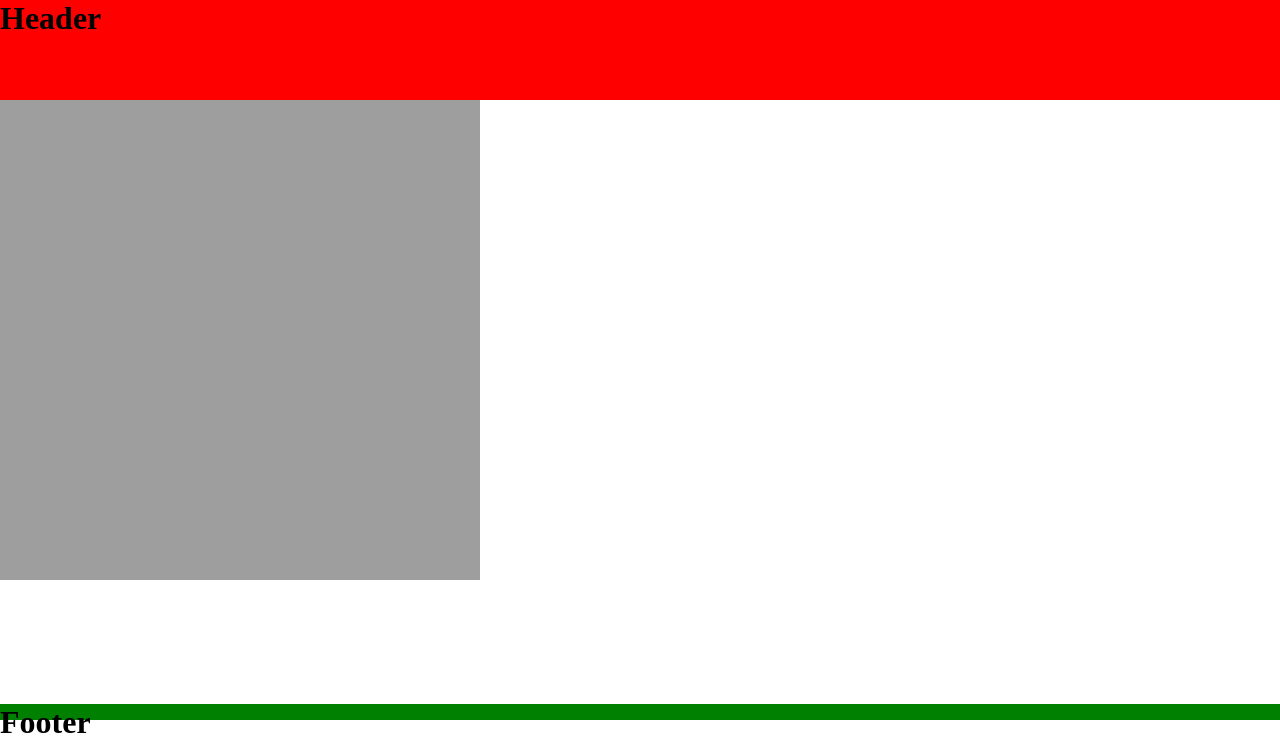
Repository: jameswilky/chess
Page: index.html
An editor plug-in stored every save of this project. The page is shown before and after the next save, followed by the edit.
The browser window is 1280 px wide. The pictures show the whole page.

Above is the page before, as saved 2018-11-21 20:35:53.

### index.html
<!DOCTYPE html>
<html>

<head>
    <meta charset="utf-8" />
    <title>Chess</title>
    <link href="style.css" rel="stylesheet">
</head>

<body>

    <div class="wrapper">
        <header>
            <h1>Header</h1>

        </header>
    </div>
    <div class="game">
        <canvas id="board"></canvas>
        <canvas id="markers"></canvas>
        <canvas id="chessmen_layer"></canvas>
    </div>
    <footer>
        <h1>Footer</h1>
    </footer>
    </div>





</body>

<script src="board.js"></script>
<script src="chessmen.js"></script>
<script src="mouse.js"></script>
<script src="game.js"></script>

</html>

### style.css
* {
  padding: 0;
  margin: 0;
}

.game{
  position: absolute;
  height: 480px;
  width: 480px;
  grid-area: game;
  top:100px;
  bottom:100px;
  overflow: hidden;
}

#board {
  left : 0; z-index:0; position: absolute;
}

#markers {
  left : 0; z-index:0; position: absolute;
}

#chessmen_layer {
 left : 0; z-index:1; position: absolute;
}

header{
  position: absolute;
  background-color: red;
  top:0;
  right: 0;
  left: 0;
  height: 100px;
}

footer{
  position: absolute;
  right: 0;
  left: 0;
  background-color: green;
  height: 1em;
  bottom: 0;
}

### board.js
//Define globals
const WIDTH = 480;
const HEIGHT = 480;
const N = 8;
const TILE_SIZE = HEIGHT / N; // 60

//Define board canvas
const board = document.getElementById("board");
const board_ctx = board.getContext("2d");
board.height = HEIGHT;
board.width = WIDTH;
let primary_color = "#a87e2b";
let secondary_color = "#ffdf9e";

//Define marker layer
const markers = document.getElementById("markers");
const markers_ctx = markers.getContext("2d");
markers.height = HEIGHT;
markers.width = WIDTH;

//Define chessmen layer
const chessmen_layer = document.getElementById("chessmen_layer");
const chessmen_ctx = chessmen_layer.getContext("2d");
chessmen_layer.height = HEIGHT;
chessmen_layer.width = WIDTH;

//Used for drawing
function drawRect(ctx, x, y, color) {
  ctx.beginPath();
  ctx.rect(x, y, TILE_SIZE, TILE_SIZE);
  ctx.fillStyle = color;
  ctx.fill();
  ctx.closePath();
}

function initialize_board() {
  // Initialize graphical and logical board
  let i, j, x, y = 0;
  let prev_color;
  for (i = 0; i < N; i++) {
    y = TILE_SIZE * i;
    if (i % 2 == 0) { //If even, start with a black grid
      prev_color = secondary_color;
    }
    else { //If odd, start with a #ffcf7c grid
      prev_color = primary_color;
    }
    for (j = 0; j < N; j++) {
      x = TILE_SIZE * j;

      if (prev_color == primary_color) { //If last block black, make this block #ffcf7c
        prev_color = secondary_color;
      }
      else if (prev_color == secondary_color) { //If last block #ffcf7c, make this block black
        prev_color = primary_color;
      }
      drawRect(board_ctx, x, y, prev_color);

    }
  }
}

### chessmen.js
let chessmen = []; // Hold living chest piece objects

// Populate list of current chess pieces
function init_chessmen(items) {
  for (let id = 0; id < items.length; id++) {
    chessmen[id] = new Chessman(id, items[id].type, items[id].row, items[id].col, items[id].faction);
    chessmen[id].render(chessmen_ctx);
  }
}

//Chest piece constructor
function Chessman(id, type, row, col, faction) {
  this.name = type + "_" + faction + "_" + id;
  this.id = id;
  this.type = type;
  this.position = {
    logical: { col: col, row: row },
    graphical: { //calculate position of chest piece
      x: (col * TILE_SIZE), y: (row * TILE_SIZE)
    }
  }
  this.faction = faction;
  this.sprite = "/images/" + type + "_" + faction + ".png";
  this.options = []; // holds objects containing possible locations to move
  this.render = function () {
    //Draws the chest piece
    let img = new Image();
    let x = this.position.graphical.x;
    let y = this.position.graphical.y;
    console.log(x, y)

    img.onload = function () {
      //Loads when img.src is called
      chessmen_ctx.beginPath();
      chessmen_ctx.drawImage(img, x, y);
      chessmen_ctx.closePath();
    }
    img.src = this.sprite;
  }
  this.derender = function () {
    chessmen_ctx.beginPath();
    chessmen_ctx.clearRect(this.position.graphical.x, this.position.graphical.y, TILE_SIZE, TILE_SIZE);
    chessmen_ctx.closePath();
  }
  this.calculate_movement_options = function () {
    //This function is used to determine the coordinates of each possible move for a selected tile
    this.options = []; //clear last options
    let j = 0;
    let i = 0; //used to iterate through list of options
    //console.log(type, faction, row, col)
    let r = this.position.logical.row;
    let c = this.position.logical.col;

    let options = this.options;

    function check_tile(row, col, diag, isPawn) {
      //diag is an optional variable for pawn sideways movement logic
      diag = diag || false;
      isPawn = isPawn || false;

      //Checks the status of the board to see if the chessman can move to selected tile

      let option = {}; //edited, used to hold {faction:faction}
      //Check tile does not exceed bounds of the board
      if (row > 7 || row < 0 || col > 7 || col < 0) {
        return false;
      }

      //Check if target tile contains a chessman of same faction
      let isFriendly = false;
      let isEnemy = false;

      chessmen.forEach(chessman => {
        if (chessman.position.logical.row == row && chessman.position.logical.col == col) { //Check if position is occupied
          if (chessman.faction == faction) {
            isFriendly = true;
          }
          else { //tile is occupied by enemy
            isEnemy = true;
          }
          option.contains = chessman;
        }
      })

      //pawn logic
      if (diag && isEnemy) {
        option.row = row;
        option.col = col;
        options[i] = option;
        i++;
      }
      if (diag && !isEnemy) {
        return
      }

      //if tile does not contain friendly chessmen, or if its an enemy create new option
      if (!isFriendly || isEnemy) {
        option.row = row;
        option.col = col;
        options[i] = option;
        i++;
      }
      return isFriendly || isEnemy;

    }

    if (this.type == "pawn") {
      if (this.faction == "black") {
        check_tile(r + 1, c);//south
        check_tile(r + 1, c + 1, true) // south East
        check_tile(r + 1, c - 1, true) //south West
        if (this.nMoves == 0) {
          check_tile(r + 2, c); //Extra move on first turn
        }
      }
      if (this.faction == "white") {
        check_tile(r - 1, c); //north
        check_tile(r - 1, c + 1, true) // North East
        check_tile(r - 1, c - 1, true) //North West
        if (this.nMoves == 0) {
          check_tile(r - 2, c); //Extra move on first turn
        }
      }
    }
    if (this.type == "rook") {
      for (j = 0; j < N; j++) {// South
        if (check_tile(r + j + 1, c) == true) break
      }
      for (j = 0; j < N; j++) {// East
        if (check_tile(r, c + j + 1) == true) break
      }
      for (j = 0; j < N; j++) {// North
        if (check_tile(r - j - 1, c) == true) break
      }
      for (j = 0; j < N; j++) {// West
        if (check_tile(r, c - j - 1) == true) break
      }
    }
    if (this.type == "bishop") {
      for (j = 0; j < N; j++) { // South East
        if (check_tile(r + 1 + j, c + 1 + j) == true) break
      }
      for (j = 0; j < N; j++) { // South West
        if (check_tile(r + 1 + j, c - 1 - j) == true) break
      }
      for (j = 0; j < N; j++) { // North East
        if (check_tile(r - 1 - j, c + 1 + j) == true) break
      }
      for (j = 0; j < N; j++) { // North west
        if (check_tile(r - 1 - j, c - 1 - j) == true) break
      }
    }
    if (this.type == "queen") {
      for (j = 0; j < N; j++) { // South East
        if (check_tile(r + 1 + j, c + 1 + j) == true) break
      }
      for (j = 0; j < N; j++) { // South West
        if (check_tile(r + 1 + j, c - 1 - j) == true) break
      }
      for (j = 0; j < N; j++) { // North East
        if (check_tile(r - 1 - j, c + 1 + j) == true) break
      }
      for (j = 0; j < N; j++) { // North west
        if (check_tile(r - 1 - j, c - 1 - j) == true) break
      }
      for (j = 0; j < N; j++) {// South
        if (check_tile(r + j + 1, c) == true) break
      }
      for (j = 0; j < N; j++) {// East
        if (check_tile(r, c + j + 1) == true) break
      }
      for (j = 0; j < N; j++) {// North
        if (check_tile(r - j - 1, c) == true) break
      }
      for (j = 0; j < N; j++) {// West
        if (check_tile(r, c - j - 1) == true) break
      }
    }
    if (this.type == "king") {
      check_tile(r + 1, c + 1) //South East
      check_tile(r + 1, c - 1) //South West
      check_tile(r - 1, c + 1) // North East
      check_tile(r - 1, c - 1) //North West
      check_tile(r + 1, c) //south
      check_tile(r, c + 1) //east
      check_tile(r - 1, c) //north
      check_tile(r, c - 1) //west

    }
    if (this.type == "knight") {
      // Check each tile in clockwise order
      check_tile(r - 2, c + 1)
      check_tile(r - 1, c + 2)
      check_tile(r + 1, c + 2)
      check_tile(r + 2, c + 1)
      check_tile(r + 2, c - 1)
      check_tile(r + 1, c - 2)
      check_tile(r - 1, c - 2)
      check_tile(r - 2, c - 1)
    }

    //return array of options containing locations to highlight

  }
  this.show_movement_options = function () {
    this.options.forEach(option => {
      //Represent each available movement option with a highlighted tile
      drawRect(markers_ctx, (option.col * TILE_SIZE), (option.row * TILE_SIZE), "#635e55");
    })
  }
  this.hover = false;
  this.isKing = false;
  if (this.type == "king") {
    this.isKing = true;
  }

  this.nMoves = 0;
  this.points;
  if (this.type == "king") {
    this.points = 10;
  }
  if (this.type == "queen") {
    this.points = 9;
  }
  if (this.type == "bishop") {
    this.points = 3;
  }
  if (this.type == "knight") {
    this.points = 3;
  }
  if (this.type == "rook") {
    this.points = 5;
  }
  if (this.type == "pawn") {
    this.points = 1;
  }

  //Update graphical and logical position
  this.moveTo = function (col, row) {


    function moveIsValid(r1, r2, c1, c2, options) {
      let valid = false;

      if ((r1 == r2) && (c1 == c2)) {
        // if logical position is the same, no move was made
        valid = false;
      }
      options.forEach(option => {
        if (option.row == r2 && option.col == c2) {
          //todo check faction
          valid = true;
        }
      })
      return valid
    }

    if (moveIsValid(this.position.logical.row, row, this.position.logical.col, col, this.options)) {
      //If valid, Check if enemy chessman has been killed
      //check if desination contains an enemy
      let target = chessmen.find(chessman => {
        return (chessman.position.logical.row == row && chessman.position.logical.col == col)
      })

      // then render at new position and update logical position
      //console.log("Changed position of", chessman, "from row:", chessman.position.logical.row, " col:", chessman.position.logical.col, " to row:", row, "col:", col)

      this.derender(); //De render previous position
      this.position.logical.col = col;
      this.position.logical.row = row;
      this.position.graphical.x = this.position.logical.col * TILE_SIZE;
      this.position.graphical.y = this.position.logical.row * TILE_SIZE;
      this.derender(); //remove any chess pieces
      this.render();

      //If destination contains emeny, remove it from list of active chessmen
      if (target) {
        chessmen.splice(chessmen.indexOf(target), 1);
      }

      this.nMoves++; //used to testing if pawn is moved
      // // trigger movement event
      let event = new CustomEvent('moved');
      document.dispatchEvent(event);
    }
    else {
      //re-render original position
      this.render();
    }
  }
}

// Update location of chest pieces
function render_markers() {
  //Clear all markers
  markers_ctx.clearRect(0, 0, HEIGHT, WIDTH);

  //find chessman that matches mouse location and show movement markers
  chessmen.forEach(chessman => {
    if (chessman.hover == true) {
      chessman.show_movement_options();
    }
  });


}

### mouse.js
let dragging = false;
let selector = document.createElement("img");
;

selector.ondragstart = function () {
  return false;
};

//Compare two row/col coordinates
function coordsMatch(coord, piece) {
  let xmin = piece.x;
  let xmax = piece.x + TILE_SIZE;

  let ymin = piece.y;
  let ymax = piece.y + TILE_SIZE;

  if (
    (coord.x >= xmin) &&
    (coord.x < xmax) &&
    (coord.y >= ymin) &&
    (coord.y < ymax)
  ) {
    return true
  }
}

//Listen for when we hover over a chest piece, then draw the movement options
chessmen_layer.addEventListener('mousemove', (e) => {
  if (dragging == false) {
    let pos = {
      x: e.clientX,
      y: e.clientY
    };
    //Check all chessmen and check if clicked location matches a chessman location
    chessmen.forEach(chessman => {
      if (coordsMatch(pos, chessman.position.graphical)) {
        //If true, select that chessman
        chessman.hover = true;
      }
      else {
        //Otherwise, that chessman was not selected
        chessman.hover = false;
      }
    })
    render_markers();
  }
})

//Click and drag chessmen
chessmen_layer.addEventListener('mousedown', (e) => {

  dragging = true; //stop markers rendering while dragging pieces
  let pos = {
    x: e.clientX,
    y: e.clientY
  }
  //Check all chessmen and check if clicked location matches a chessman location
  chessmen.forEach(chessman => {
    if (coordsMatch(pos, chessman.position.graphical)) {
      if (chessman.faction == "black") {
        dragging = false;
        return
      }
      //If true, derender chessman from chessman_layer, and redraw on selector layer
      chessman.derender();

      //draw selector
      selector.style.position = 'absolute';
      selector.src = chessman.sprite;
      selector.id = 'selector';
      document.body.append(selector);

      //center selector at mouse locaiton
      moveAt(pos.x, pos.y);

      function moveAt(x, y) {
        selector.style.left = x - TILE_SIZE / 2 + 'px';
        selector.style.top = y - TILE_SIZE / 2 + 'px';
      }

      function onMouseMove(moveEvent) {
        moveAt(moveEvent.clientX, moveEvent.clientY);
      }

      // selector will follow mouse on movement
      document.addEventListener('mousemove', onMouseMove);


      // drop the selector, remove unneeded handlers
      chessmen_layer.onmouseup = function (upevent) {
        document.removeEventListener('mousemove', onMouseMove);

        //clear selector
        selector.src = ""
        // console.log("before", document.getElementById('selector'))
        // document.body.removeChild(document.getElementById('selector'))
        // console.log("after", document.getElementById('selector'))

        //convert mouse pos to a row/col logical value
        let dest = {
          x: Math.trunc(upevent.clientX / TILE_SIZE),
          y: Math.trunc(upevent.clientY / TILE_SIZE)
        }

        //console.log("Event 1")
        dragging = false; // allow marker rendering to continue
        chessmen_layer.onmouseup = null;
        //Update chessman logical location and snap to grid
        chessman.moveTo(dest.x, dest.y)
      };
    }
  })
})

### game.js
//Initialize default locations
let default_locations = [
  { tile: 0, type: "rook", row: 0, col: 0, faction: "black" },
  { tile: 1, type: "knight", row: 0, col: 1, faction: "black" },
  { tile: 2, type: "bishop", row: 0, col: 2, faction: "black" },
  { tile: 3, type: "king", row: 0, col: 3, faction: "black" },
  { tile: 4, type: "queen", row: 0, col: 4, faction: "black" },
  { tile: 5, type: "bishop", row: 0, col: 5, faction: "black" },
  { tile: 6, type: "knight", row: 0, col: 6, faction: "black" },
  { tile: 7, type: "rook", row: 0, col: 7, faction: "black" },
  { tile: 8, type: "pawn", row: 1, col: 0, faction: "black" },
  { tile: 9, type: "pawn", row: 1, col: 1, faction: "black" },
  { tile: 10, type: "pawn", row: 1, col: 2, faction: "black" },
  { tile: 11, type: "pawn", row: 1, col: 3, faction: "black" },
  { tile: 12, type: "pawn", row: 1, col: 4, faction: "black" },
  { tile: 13, type: "pawn", row: 1, col: 5, faction: "black" },
  { tile: 14, type: "pawn", row: 1, col: 6, faction: "black" },
  { tile: 15, type: "pawn", row: 1, col: 7, faction: "black" },

  { tile: 48, type: "pawn", row: 6, col: 0, faction: "white" },
  { tile: 49, type: "pawn", row: 6, col: 1, faction: "white" },
  { tile: 50, type: "pawn", row: 6, col: 2, faction: "white" },
  { tile: 51, type: "pawn", row: 6, col: 3, faction: "white" },
  { tile: 52, type: "pawn", row: 6, col: 4, faction: "white" },
  { tile: 53, type: "pawn", row: 6, col: 5, faction: "white" },
  { tile: 54, type: "pawn", row: 6, col: 6, faction: "white" },
  { tile: 55, type: "pawn", row: 6, col: 7, faction: "white" },
  { tile: 56, type: "rook", row: 7, col: 0, faction: "white" },
  { tile: 57, type: "knight", row: 7, col: 1, faction: "white" },
  { tile: 58, type: "bishop", row: 7, col: 2, faction: "white" },
  { tile: 59, type: "king", row: 7, col: 3, faction: "white" },
  { tile: 60, type: "queen", row: 7, col: 4, faction: "white" },
  { tile: 61, type: "bishop", row: 7, col: 5, faction: "white" },
  { tile: 62, type: "knight", row: 7, col: 6, faction: "white" },
  { tile: 63, type: "rook", row: 7, col: 7, faction: "white" },

]

let turn = 0;
let IsWhiteTurn = false;
let IsBlackTurn = false;
let game = true;
let AIOptions = [];


function set_turn() {
  if (turn % 2 == 0) {
    IsWhiteTurn = true;
    IsBlackTurn = false;
    //console.log("White players turn")
  }
  else {
    IsBlackTurn = true;
    IsWhiteTurn = false;
    //console.log("Black players turn")
  }
  turn += 1;
}

function determineAIOptions() {
  let AIOptions = [];
  let i = 0;
  chessmen.forEach(chessman => {
    if (chessman.faction == 'black') {
      chessman.options.forEach(option => {
        let AIOption = {}; //dereference object
        AIOption.row = option.row;
        AIOption.col = option.col;
        if (option.contains) {
          AIOption.points = option.contains.points;
        }
        AIOption.chessman = chessman;
        AIOptions[i] = AIOption;
        i++;
      })
    }
  })
  return AIOptions;

}

function AIMove(options) {
  let max = 0;
  let choice = {};
  options.forEach(option => {
    if (option.points) {
      if (option.points > max) {
        max = option.points;
        choice = option;
      }
    }
  })
  if (max == 0) {
    choice = options[Math.floor(Math.random() * options.length)];  //Return a random choice
  }
  choice.chessman.moveTo(choice.col, choice.row)
  //calculate AI
}


//Set up board
initialize_board();
init_chessmen(default_locations);
chessmen.forEach(chessman => {
  chessman.calculate_movement_options();
})
set_turn();
function checkKing() {
  let kings = chessmen.filter(chessman => chessman.isKing == true)
  if (kings.length == 1) {
    alert(kings[0].faction + " Wins!!!")
  }
}

// Listen for movement
document.addEventListener('moved', function (event) {
  //check if king died last turn;
  checkKing();
  set_turn();
  //Calculate new movement positiifons
  chessmen.forEach(chessman => {
    chessman.calculate_movement_options();
  })

  if (IsBlackTurn) {
    //Run black turn AI
    chessmen.forEach(chessman => {
      chessman.calculate_movement_options(); //assign new options
    })
    AIOptions = determineAIOptions();
    AIMove(AIOptions);
  }
}, false);

After the next save:
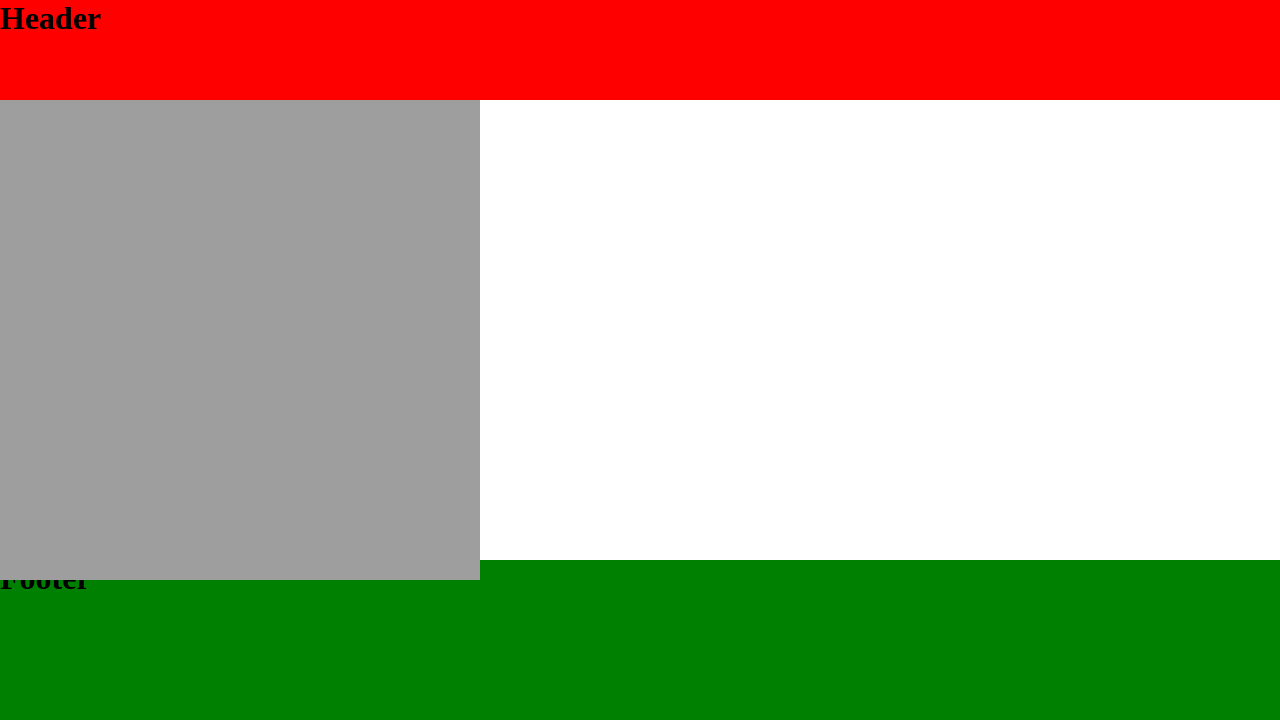
Saved 6 s later.
--- a/style.css
+++ b/style.css
@@ -39,6 +39,6 @@ footer{
   right: 0;
   left: 0;
   background-color: green;
-  height: 1em;
+  height: 10em;
   bottom: 0;
 }
